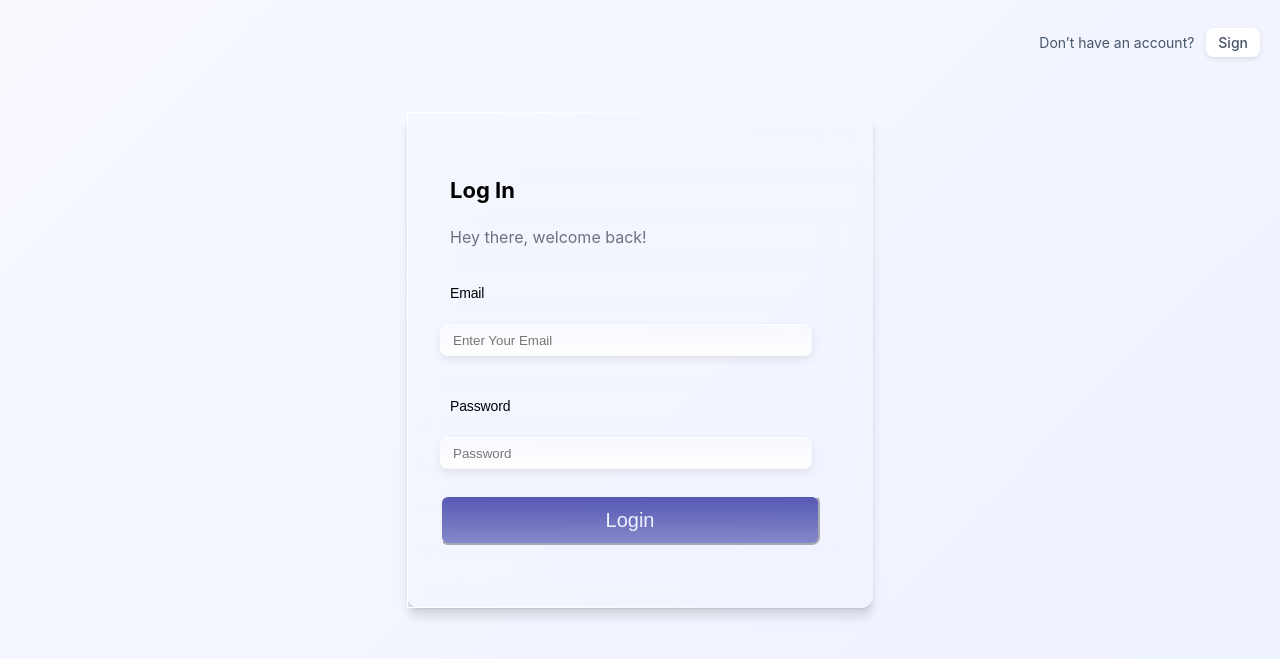
Repository: AfifaNoor/Admin_Panel-React-
Page: /
These files come from the project's save history. The page is drawn as it stood at one moment and after the next save; the edit follows.
The browser window is 1280 px wide. The pictures show the whole page.
The project was rebuilt for these pictures with package versions that can differ from the ones it lists, and the page was loaded fresh each time. Also part of the build but not shown: src/SignUp.jsx.

Above is the page before, as saved 2025-07-10 18:18:17.

### src/App.js
import React from 'react'
import LoginPage from './LoginPage'
import { RouterProvider } from 'react-router-dom'
import Router from './Router'

const App = () => {
  return (
    <>
      {/* <RouterProvider router={Router}/> */}
      <LoginPage/>
    </>


  )
}

export default App

### src/LoginPage.jsx
import React, { useState } from 'react'
// import {Navigate, useNavigate} from 'react-router-dom';
import "./LoginPage.css"
import { ToastContainer, toast } from 'react-toastify';
import 'react-toastify/dist/ReactToastify.css';

const LoginPage = () => {
    const[email , setEmail]=useState('')
    const [password , setPassword] = useState('')
    // const navigate= useNavigate();

const handleSubmit =(e)=>{
    e.preventDefault();

 const hardcoreMail="login@gmail.com";
 const hardcorePassword = '1234567'

    if (email=== hardcoreMail && password === hardcorePassword){
        alert("Login Successfull")

    }else{
        alert("Invalid Credential")
    }

}



  return (
 <div className="login-container">

      <div className="signup-redirect">
        <p>
          Don’t have an account?{' '}
          {/* <span className="signup-link" onClick={() => navigate('/sign-up')}> */}
            {/* Sign Up */}
          {/* </span> */}
          <span className="signup-link" >
            Sign
          </span>
        </p>
      </div>



    <div>



    </div>

      <form className="login-form" onSubmit={handleSubmit}>
      <div className="title">
        <h1>Log In</h1>
        <p>Hey there, welcome back!</p>
      </div>
      <label className='form-label'>Email</label>
        <input
          type="email"
          className="form-input"
          value={email}
          placeholder="Enter Your Email"
          onChange={(e) => setEmail(e.target.value)}
          required
        />

        <label className='form-label'>Password</label>
        <input
          type="password"
          className="form-input"
          placeholder="Password"
          value={password}
          onChange={(e) => setPassword(e.target.value)}
          required
        />

        <button className="login-btn" type="submit">
          Login
        </button>

        {/* <ToastContainer /> */}
      </form>
    </div>
  );
}

export default LoginPage

### src/Router.jsx
import React from 'react';
import { createBrowserRouter , createRoutesFromElements , Route } from 'react-router-dom';
import LoginPage from './LoginPage';
import SignUp from './SignUp';

const Router = createBrowserRouter(
  createRoutesFromElements(
    <>

      <Route path='/sign-up' element={<SignUp/>}/>
      <Route path='login-page' element={<LoginPage/>}/>
    </>
  )
)

export default Router;

### src/LoginPage.css
.login-container {
  width: 100%;
  height: 100vh;
  /* background: #FFFFFF; */
  opacity: 1;
  transform: rotate(0deg);
  display: flex;
  justify-content: center;
  align-items: center;
  background: linear-gradient(135deg, #f8f9ff, #eef2ff);
  flex-direction: column;
  /* font-family: 'Inter','sans-serif'; */
  position: relative;


}
.signup-redirect {
  position: absolute;
  top: 20px;
  right: 20px;
  font-size: 14px;
  color: #475569;
}

.signup-link {
  background: #ffffff;
  border-radius: 8px;
  padding: 6px 12px;
  margin-left: 8px;
  box-shadow: 0 2px 4px rgba(0,0,0,0.1);
  cursor: pointer;
  font-weight: 500;
  transition: all 0.3s ease;
}

.signup-link:hover {
  background: #f0f0f0;
}




.login-form{
  width: 400px;
  height: 430px;
  /* position: absolute; */
  /* top: 150.5px; */
  /* left: 482px; */
  border-radius: 12px;
  padding: 32px;
  gap: 10px;
  opacity: 1;
  flex-direction: column;
  display: flex;
  gap:12px;

  z-index: 2;

  background: linear-gradient(180deg, rgba(255, 255, 255, 0) -9.58%, rgba(255, 255, 255, 0.052) 100%);
  border: 1px solid transparent;
  border-image-source: linear-gradient(93.78deg, #FFFFFF 8.04%, rgba(255, 255, 255, 0) 100%);
  border-image-slice: 1;


-webkit-backdrop-filter: blur(20px);
backdrop-filter: blur(20px);

box-shadow:
  0px 10px 10px 0px rgba(0, 0, 0, 0.10),
  0px 4px 4px 0px rgba(0, 0, 0, 0.05),
  0px 1px 0px 0px rgba(0, 0, 0, 0.05),
  inset 0px 20px 50px 0px rgba(255, 255, 255, 0.15);

}

.title{
  z-index: 3;
  width: 380px;
  height: 72px;
  opacity: 1;
  gap: 10px;
  padding: 10px;
  /* margin-bottom: 550px; */
  /* box-shadow: 0 4px 12px rgba(0, 0, 0, 0.1); */
  margin-bottom: 20px;


}

.title h1 {
width: 380px;
height: 40px;
font-family: 'Inter', sans-serif;
font-weight: 600px;
font-size: 22px;
line-height: 40px;
letter-spacing: -1%;
margin-bottom: 8px;
}

.title p{
  font-size: 16px;
  font-style: Inter;
  font-weight: 400px;
  font-style:normal;
  line-height: 22px;
  letter-spacing: -1%;
  color: rgba(107, 114, 128, 1);
  margin-bottom: 24px;
  /* margin-bottom: 5px; */

}

.form-label{
width: 380px;
height: 22px;
transform: rotate(0deg);
opacity: 1;
gap: 12px;
text-align: left;
font-family: 'Intern',sans-serif;
font-weight: 600px;
font-size: 14px;
line-height: 22px;
letter-spacing: -0.01em;
color:black;
border: none;
border-radius: 6px;
padding: 3px 10px;
cursor: pointer;
display: inline-flex;
/* align-items: left; */
justify-content: left;
margin-top: 10px;
margin-bottom: 5px;

}

.form-input{

  width: 350px;
  height: 20px;
  min-width: 140px;
  max-width: 500px;
  transform: rotate(0deg);
  opacity: 1;
  border-radius: 8px;
  border-width: 1px;
  padding: 5px 8px 5px 12px;
  gap: 8px;
  margin-bottom: 14px;

  background: linear-gradient(0deg, rgba(255, 255, 255, 0.9) 0%, rgba(255, 255, 255, 0.4) 100%);
  border: 1px solid transparent; /* fallback for border-image */

  border-image:
    linear-gradient(0deg, rgba(255, 255, 255, 0.1), rgba(255, 255, 255, 0.1)),
    linear-gradient(360deg, rgba(255, 255, 255, 0.5) 0%, rgba(255, 255, 255, 0) 100%);
  border-image-slice: 1;


  -webkit-backdrop-filter: blur(20px);
  backdrop-filter: blur(20px);
  box-shadow: 0 4px 10px rgba(0,0,0,0.08);
  cursor: pointer;
}

.login-btn{
  direction: vertical;
  width: 380px;
  height: 50px;
  padding: 7px 7px ;
  gap: 12px;
  border-radius:8px;
  opacity: 90%;
  border-color: #eef2ff;
  color: #eef2ff;
  font-weight: 400px;
  font-size: 20px;
  /* border: 1px solid;


border-image-source: linear-gradient(0deg, rgba(255, 255, 255, 0.1), rgba(255, 255, 255, 0.1)),
linear-gradient(45deg, rgba(255, 255, 255, 0) 33.33%, #FFFFFF 95%); */

;
  background: linear-gradient(180deg, #4648AB 0%, rgba(70, 72, 171, 0.7) 100%)
  /* background: linear-gradient(119.36deg, rgba(99, 102, 241, 0.2) 0%, rgba(236, 72, 153, 0.2) 100%) */

}

Loaded but not shown: public/index.html (common file); src/index.js (common file); src/index.css (common file); src/reportWebVitals.js (common file)

After the next save:
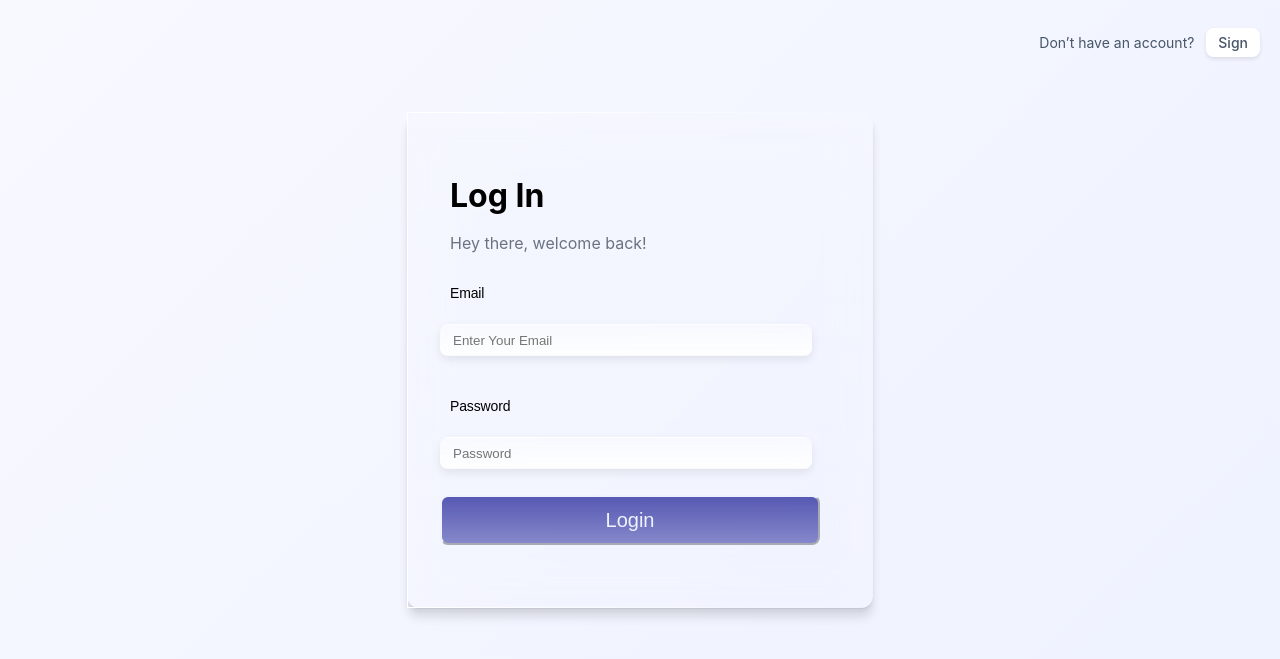
Saved 44 min 48 s later.
--- a/src/LoginPage.css
+++ b/src/LoginPage.css
@@ -92,7 +92,8 @@ width: 380px;
 height: 40px;
 font-family: 'Inter', sans-serif;
 font-weight: 600px;
-font-size: 22px;
+/* font-size: 22px; */
+font-size: ;
 line-height: 40px;
 letter-spacing: -1%;
 margin-bottom: 8px;
